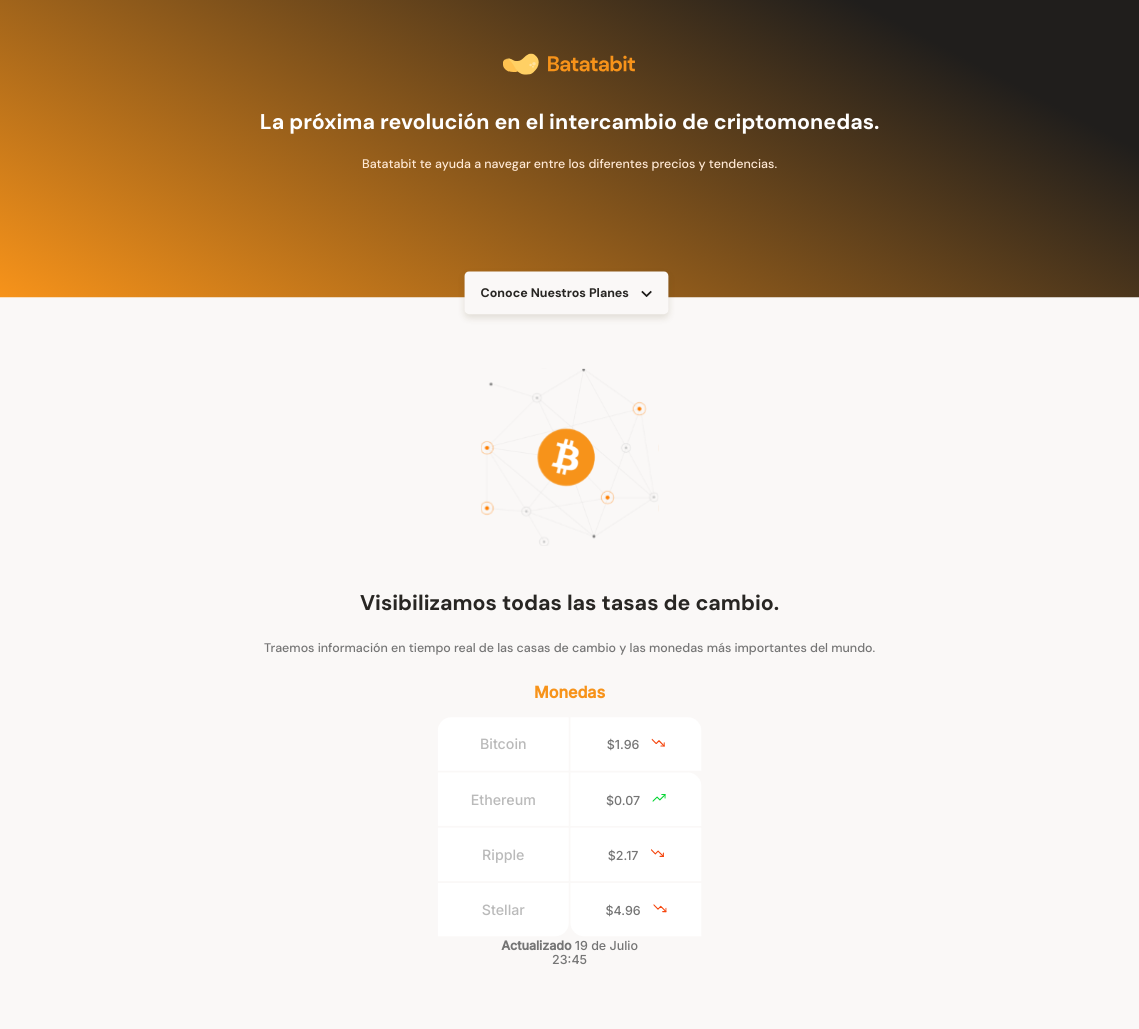
Repository: ChristianGecchelin/spa-full-css-html
Page: index.html
These files come from the project's save history. The page is drawn as it stood at one moment and after the next save; the edit follows.
The browser window is 1280 px wide. The pictures show the whole page, at 89% of full size.

Above is the page before, as saved 2021-11-29 18:15:21.

### index.html
<!DOCTYPE html>
<html lang="en">
  <head>
    <meta charset="UTF-8" />
    <meta http-equiv="X-UA-Compatible" content="IE=edge" />
    <meta name="viewport" content="width=device-width, initial-scale=1.0" />
    <title></title>
    <link rel="preconnect" href="https://fonts.googleapis.com" />
    <link rel="preconnect" href="https://fonts.gstatic.com" crossorigin />
    <link
      href="https://fonts.googleapis.com/css2?family=DM+Sans:wght@400;500;700&family=Inter:wght@300;500&display=swap"
      rel="stylesheet"
    />
    <link rel="stylesheet" href="./styles/styles.css" />
  </head>
  <!-- shift+alt+A para comentar -->
  <body>
    <header>
      <!-- Las etiquetas principales no necesitan ponerle clase porque solo hay una en el archivo -->
      <img src="./assets/img/logo.svg" alt="logo" />
      <div class="header--title-container">
        <h1>La próxima revolución en el intercambio de criptomonedas.</h1>
        <p>
          Batatabit te ayuda a navegar entre los diferentes precios y
          tendencias.
        </p>
        <a class="header--button" href=""
          >Conoce Nuestros Planes <span></span
        ></a>
      </div>
    </header>
    <main>
      <section class="main-exchange-container">
        <div class="backgroundImg"></div>
        <div class="main-exchange-container--title">
          <h2>Visibilizamos todas las tasas de cambio.</h2>
          <p>
            Traemos información en tiempo real de las casas de cambio y las
            monedas más importantes del mundo.
          </p>
        </div>
        <section class="main-tables-container">
          <!-- creo otra seccion porque tengo mucha información para mostrar -->
          <div class="main-currency-table">
            <p class="currency-table--title">Monedas</p>
            <div class="currency-table--container">
              <table>
                <tr>
                  <!-- table row --><!-- table data, info de la tabla -->
                  <td class="table__top-left">Bitcoin</td>
                  <td class="table__top-right table__right">
                    $1.96 <span class="down"></span>
                  </td>
                </tr>
                <tr>
                  <td>Ethereum</td>
                  <td class="table__top-right table__right">
                    $0.07 <span class="up"></span>
                  </td>
                </tr>
                <tr>
                  <td>Ripple</td>
                  <td class="table__right">$2.17 <span class="down"></span></td>
                </tr>
                <tr>
                  <td class="table__bottom-left">Stellar</td>
                  <td class="table__bottom-right table__right">
                    $4.96 <span class="down"></span>
                  </td>
                </tr>
              </table>
            </div>
            <div class="currency-table--date">
              <p><b>Actualizado</b> 19 de Julio 23:45</p>
            </div>
          </div>
        </section>
      </section>
      <section></section>
      <section></section>
      <section></section>
    </main>
    <footer></footer>
  </body>
</html>

### styles/styles.css
/* shift+alt+A para comentar */
/*  1° estilos relacionados a posicionamiento
    2° Modelo de caja (box model width height lo que da dimensión)
    3° Tipografías
    4° Visuales (sombras)
    5° Otros */
:root {
  /* colores (creo variables para no andar buscando los codigos */
  --bitcoin-orange: #f7931a;
  --soft-orange: #ffe9d5;
  --secondary-blue: #1a9af7;
  --soft-blue: #e7f5ff;
  --warm-black: #201e1c;
  --black: #282623;
  --grey: #bababa;
  --off-white: #faf8f7;
  --just-white: #fff;
}
* {
  box-sizing: border-box;
  margin: 0;
  padding: 0;
}
html {
  font-size: 62.5%;
  font-family: "DM Sans", sans-serif;
}
header {
  position: relative;
  display: flex;
  flex-direction: column;
  justify-content: center;
  width: 100%;
  min-width: 320px; /* dimensión más chica en moviles */
  height: 334px;
  text-align: center;
  background: linear-gradient(
    207.8deg,
    #201e1c 16.69%,
    #f7931a 100%
  ); /* el fondo con gradiente */
}
header img {
  width: 150px;
  height: 24px;
  margin-top: 60px;
  align-self: center; /* alineo al hijo (el padre debe tener flex) este caso es alineado horizontal porque el flex-direction es column */
}
.header--title-container {
  width: 90%; /* ocupa el 90% entre 288 y 900px */
  min-width: 288px;
  max-width: 900px;
  height: 218px;
  margin-top: 40px;
  text-align: center;
  align-self: center; /* centro el contenedor */
}
.header--title-container h1 {
  font-size: 2.4rem;
  font-weight: 700;
  line-height: 2.6rem;
  color: var(
    --just-white
  ); /* llamo la variable que cree en root para los colores */
}
.header--title-container p {
  margin-top: 25px;
  font-size: 1.4rem;
  font-weight: 500;
  line-height: 1.8rem;
  color: var(--soft-orange);
}
.header--title-container .header--button {
  position: absolute;
  top: 270px;
  left: calc(
    50% - 118px
  ); /* es importante dejar espacios entre el signo menos y los valores */
  display: block;
  margin-top: 35px;
  padding: 15px;
  width: 229px;
  height: 48px;
  background-color: var(--off-white);
  font-size: 1.4rem;
  font-weight: 700;
  text-decoration: none;
  color: var(--black);
  /* sombras */
  box-shadow: 0px 4px 8px rgba(89, 73, 30, 0.16);
  border: none;
  border-radius: 5px;
}
.header--button span {
  display: inline-block;
  width: 13px;
  height: 8px;
  margin-left: 10px;
  background-image: url(../assets/icons/down-arrow.svg);
}
main {
  width: 100%;
  height: auto;
  background-color: var(--off-white);
  min-width: 320px;
}
.main-exchange-container {
  width: 100%;
  height: auto;
  padding-top: 80px;
  padding-bottom: 30px;
  text-align: center;
}
.main-exchange-container--title {
  width: 90%;
  min-width: 288px;
  max-width: 900px;
  margin: 0 auto;
}
.main-exchange-container .backgroundImg {
  /* le tengo que dar dimensiones porque en el html la imagen no existe */
  width: 200px;
  height: 200px;
  margin: 0 auto;
  margin-bottom: 50px;
  background-image: url(../assets/img/Bitcoin.svg);
  background-size: cover;
  background-position: center;
  background-repeat: no-repeat; /* con estas propiedades de background garantizo que la imagen siempre va a estar centrada y que ocupe el espacio correcto */
}
.main-exchange-container h2 {
  margin-bottom: 30px;
  font-size: 2.4rem;
  font-weight: 700;
  line-height: 2.6rem;
  color: var(--black);
}
.main-exchange-container p {
  margin-bottom: 30px;
  font-size: 1.4rem;
  font-weight: 500;
  line-height: 1.6rem;
  color: #757575;
}
.main-currency-table {
  width: 70%;
  min-width: 235px;
  max-width: 500px;
  height: 360px;
  margin: 0 auto;
  font-family: "inter", "sans-serif";
}
.main-currency-table .currency-table--title {
  margin-bottom: 15px;
  font-size: 1.8rem;
  font-weight: bold;
  line-height: 2.3rem;
  color: var(--bitcoin-orange);
}
.main-currency-table .currency-table--container {
  width: 90%;
  min-width: 230px;
  max-width: 300px;
  height: 250px;
  margin: 0 auto;
}
.currency-table--container table {
  width: 100%;
  height: 100%;
}
.currency-table--container td {
  width: 50%;
  font-size: 1.6rem;
  font-weight: 500;
  line-height: 1.9rem;
  color: var(--grey);
  background-color: var(--just-white);
}
.currency-table--container .table__top-left {
  border-radius: 15px 0 0 0;
}
.currency-table--container .table__top-right {
  border-radius: 0 15px 0 0;
}
.currency-table--container .table__bottom-left {
  border-radius: 0 0 15px 0;
}
.currency-table--container .table__bottom-right {
  border-radius: 0 0 0 15px;
}
.currency-table--container .table__right {
  font-size: 1.4rem;
  font-weight: normal;
  line-height: 1.7rem;
  color: #757575;
}
.currency-table--container .down {
  display: inline-block;
  width: 15px;
  height: 15px;
  margin-left: 10px;
  background-image: url(../assets/icons/trending-down.svg);
  background-size: cover;
  background-position: center;
  background-repeat: no-repeat;
}
.currency-table--container .up {
  display: inline-block;
  width: 15px;
  height: 15px;
  margin-left: 10px;
  background-image: url(../assets/icons/trending-up.svg);
  background-size: cover;
  background-position: center;
  background-repeat: no-repeat;
}
.currency-table--date {
  width: 190px;
  height: 30px;
  margin: 0 auto;
}

After the next save:
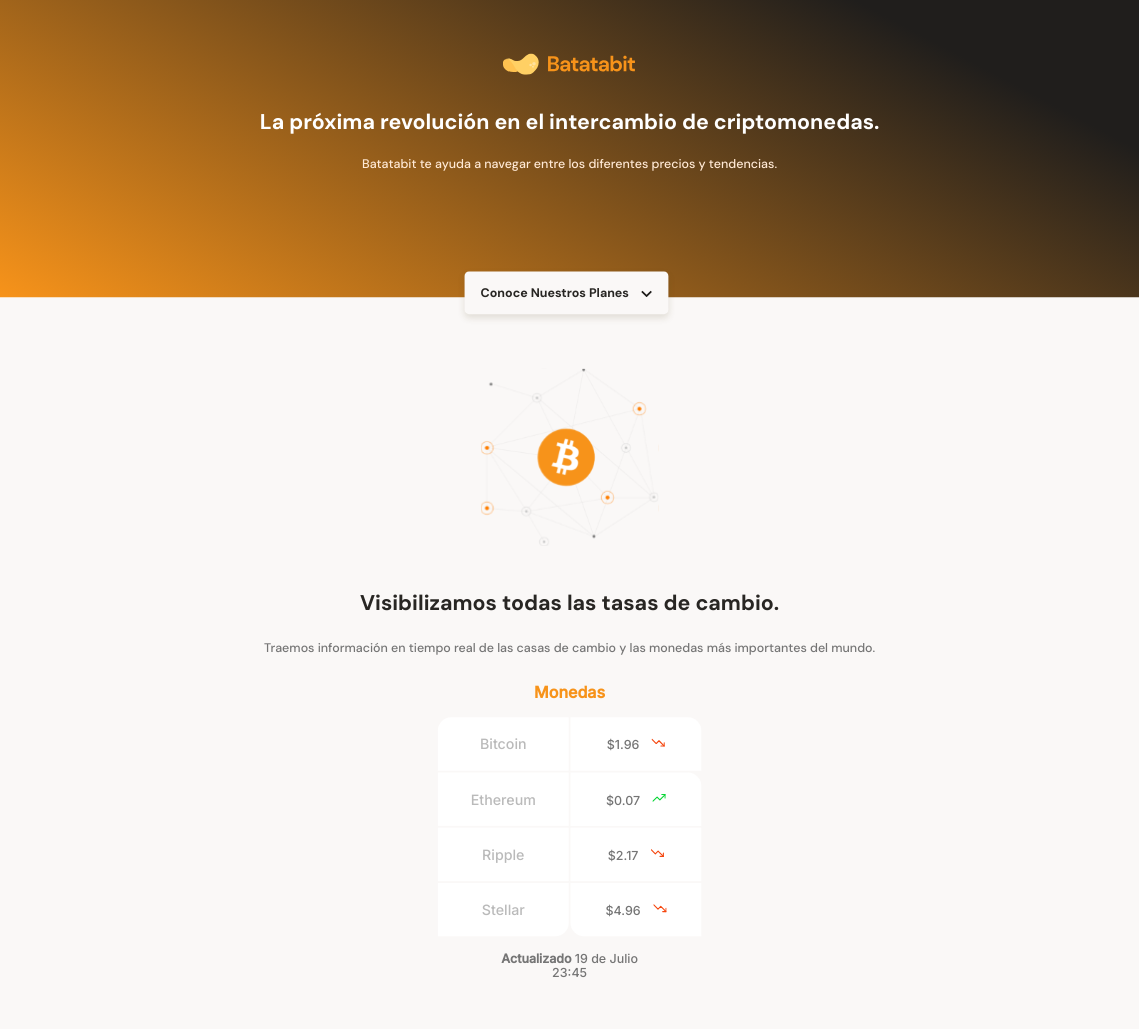
Saved 7 s later.
--- a/styles/styles.css
+++ b/styles/styles.css
@@ -218,4 +218,5 @@
   width: 190px;
   height: 30px;
   margin: 0 auto;
-}
+  margin-top: 15px;
+}
